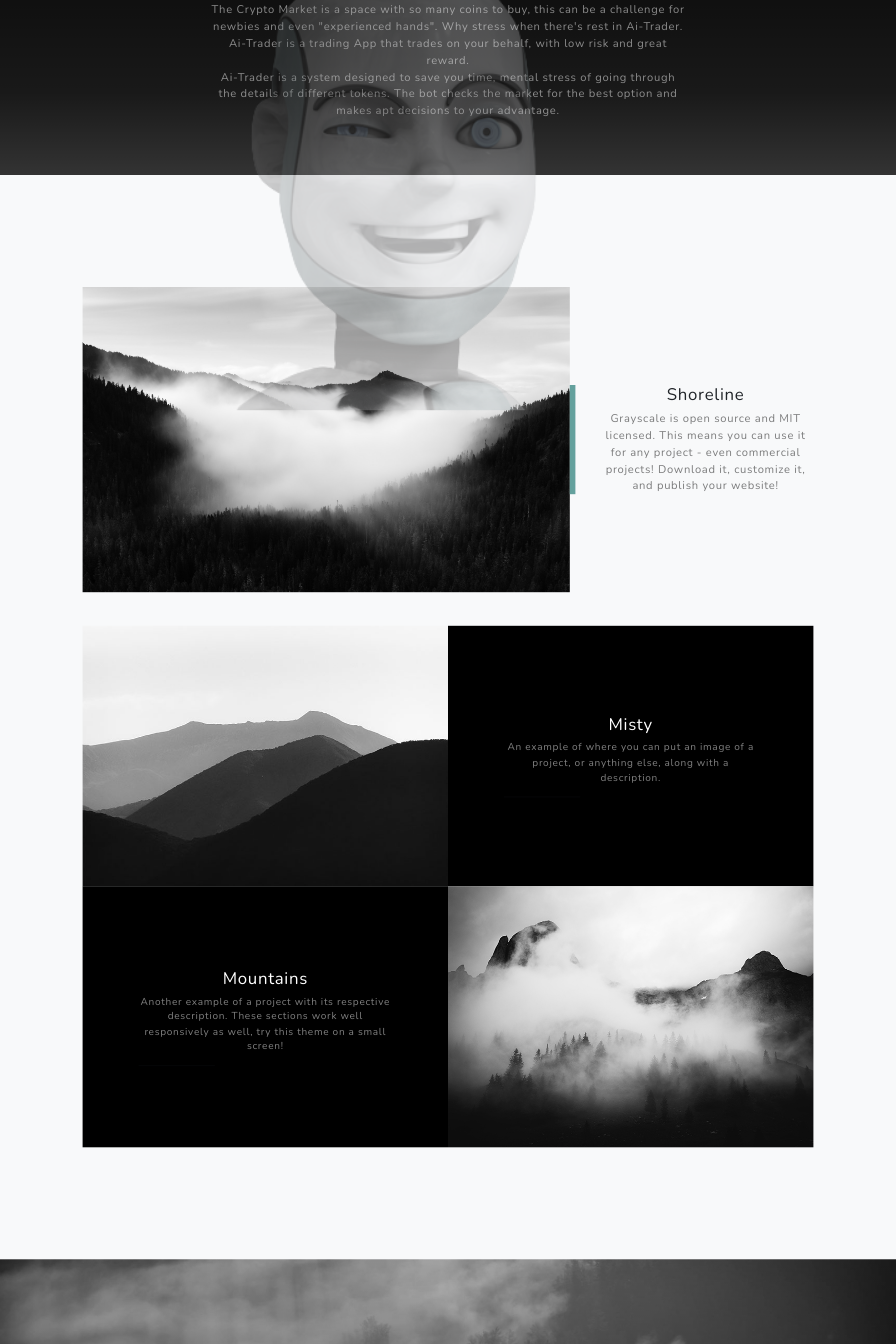
Repository: seyicoded/ico_one
Page: docs/index.html
An editor plug-in stored every save of this project. The page is shown before and after the next save, followed by the edit.
The browser window is 1280 px wide. The pictures show the part of the page from y = 940 to 2860 px (the page is 3835 px tall before and 3859 px after), at 70% of full size.

Above is the page before, as saved 2022-02-13 16:46:12.

### docs/index.html
<!DOCTYPE html>
<html lang="en">
    <head>
        <meta charset="utf-8" />
        <meta name="viewport" content="width=device-width, initial-scale=1, shrink-to-fit=no" />
        <meta name="description" content="" />
        <meta name="author" content="" />
        <title>Ai-Trader</title>
        <link rel="icon" type="image/x-icon" href="assets/favicon.ico" />
        <!-- Font Awesome icons (free version)-->
        <script src="https://use.fontawesome.com/releases/v5.15.4/js/all.js" crossorigin="anonymous"></script>
        <!-- Google fonts-->
        <link href="https://fonts.googleapis.com/css?family=Varela+Round" rel="stylesheet" />
        <link href="https://fonts.googleapis.com/css?family=Nunito:200,200i,300,300i,400,400i,600,600i,700,700i,800,800i,900,900i" rel="stylesheet" />
        <!-- Core theme CSS (includes Bootstrap)-->
        <link href="css/styles.css" rel="stylesheet" />
        <link href="css/animate.css" rel="stylesheet" />
        <link href="css/custom.css" rel="stylesheet" />
        <script src="js/jquery.js"></script>
        <script src="js/wow.js"></script>
        <script src="js/bs.js"></script>
        <script type="text/javascript">
            //Initiat WOW JS
            window.onload = function(){
                $("#loaderr").hide();
                new WOW().init();
            }
            // new WOW().init();
        </script>
        <style>
            #loaderr{
                position: fixed;
                z-index: 99;
                top: 0;
                bottom: 0;
                left: 0;
                right: 0;
                background: linear-gradient(grey, black);
                display: flex;
                justify-content: center;
                align-items: center;
            }
            #skip-loader{
                position: fixed;
                bottom: 3%;
                right: 3%;
                background-color: transparent;
                color: white;
                border: none;
            }
        </style>
    </head>
    <body id="page-top">
        <!--  loader start -->
        <div id="loaderr">
            <img src="assets/svg/Spin-0.5s-247px.svg" />
            <button id="skip-loader" onclick="$('#loaderr').hide()">skip</button>
        </div>
        <!-- loader stop -->

        <!-- Navigation-->
        <nav class="navbar navbar-expand-lg navbar-light fixed-top" id="mainNav">
            <div class="container px-4 px-lg-5">
                <a class="navbar-brand" href="#page-top">Ai-Trader</a>
                <button class="navbar-toggler navbar-toggler-right" type="button" data-bs-toggle="collapse" data-bs-target="#navbarResponsive" aria-controls="navbarResponsive" aria-expanded="false" aria-label="Toggle navigation">
                    Menu
                    <i class="fas fa-bars"></i>
                </button>
                <div class="collapse navbar-collapse" id="navbarResponsive">
                    <ul class="navbar-nav ms-auto">
                        <li class="nav-item"><a class="nav-link" href="#about">About</a></li>
                        <li class="nav-item"><a class="nav-link" href="#projects">Projects</a></li>
                        <li class="nav-item"><a class="nav-link" href="#signup">Contact</a></li>
                    </ul>
                </div>
            </div>
        </nav>
        <!-- Masthead-->
        <header class="masthead">
            <div class="container px-4 px-lg-5 d-flex h-100 align-items-center justify-content-center">
                <div class="d-flex justify-content-center">
                    <div class="text-center">
                        <h1 class="mx-auto my-0 text-uppercase wow fadeIn animated" data-wow-duration="1090ms" data-wow-delay="1000ms">We Got You Covered</h1>
                        <h2 class="text-white-50 mx-auto mt-2 mb-5 wow fadeIn animated" data-wow-duration="1090ms" data-wow-delay="1300ms">An Artificial Intelligence You Can Trust.</h2>
                        <a class="btn btn-primary wow fadeIn animated" href="#about"  data-wow-duration="1090ms" data-wow-delay="1600ms">Get Started</a>
                    </div>
                </div>
            </div>
        </header>
        <!-- About-->
        <section class="about-section text-center" id="about">
            <div class="container px-4 px-lg-5">
                <div class="row gx-4 gx-lg-5 justify-content-center">
                    <div class="col-lg-8">
                        <h2 class="text-white mb-4">About Ai-Trader</h2>
                        <p class="text-white-50">
                            The Crypto Market is a space with so many coins to buy, this can be a challenge for newbies and even "experienced hands". Why stress when there's rest in Ai-Trader. <br />
                            Ai-Trader is a trading App that trades on your behalf, with low risk and great reward. <br />
                            Ai-Trader is a system designed to save you time, mental stress of going through the details of different tokens. The bot checks the market for the best option and makes apt decisions to your advantage.
                        </p>
                    </div>
                    <img class="img-fluid" src="assets/img/ipad.png" style="filter: grayscale(80%); position: absolute; opacity: 30%;" alt="..." />
                </div>
                <!-- <img class="img-fluid" src="assets/img/ipad.png" style="filter: grayscale(80%); position: absolute; opacity: 30%;" alt="..." /> -->
                <div></div>
            </div>
        </section>
        <!-- Projects-->
        <section class="projects-section bg-light" id="projects">
            <div class="container px-4 px-lg-5">
                <!-- Featured Project Row-->
                <div class="row gx-0 mb-4 mb-lg-5 align-items-center">
                    <div class="col-xl-8 col-lg-7"><img class="img-fluid mb-3 mb-lg-0" src="assets/img/bg-masthead.jpg" alt="..." /></div>
                    <div class="col-xl-4 col-lg-5">
                        <div class="featured-text text-center text-lg-left">
                            <h4>Shoreline</h4>
                            <p class="text-black-50 mb-0">Grayscale is open source and MIT licensed. This means you can use it for any project - even commercial projects! Download it, customize it, and publish your website!</p>
                        </div>
                    </div>
                </div>
                <!-- Project One Row-->
                <div class="row gx-0 mb-5 mb-lg-0 justify-content-center">
                    <div class="col-lg-6"><img class="img-fluid" src="assets/img/demo-image-01.jpg" alt="..." /></div>
                    <div class="col-lg-6">
                        <div class="bg-black text-center h-100 project">
                            <div class="d-flex h-100">
                                <div class="project-text w-100 my-auto text-center text-lg-left">
                                    <h4 class="text-white">Misty</h4>
                                    <p class="mb-0 text-white-50">An example of where you can put an image of a project, or anything else, along with a description.</p>
                                    <hr class="d-none d-lg-block mb-0 ms-0" />
                                </div>
                            </div>
                        </div>
                    </div>
                </div>
                <!-- Project Two Row-->
                <div class="row gx-0 justify-content-center">
                    <div class="col-lg-6"><img class="img-fluid" src="assets/img/demo-image-02.jpg" alt="..." /></div>
                    <div class="col-lg-6 order-lg-first">
                        <div class="bg-black text-center h-100 project">
                            <div class="d-flex h-100">
                                <div class="project-text w-100 my-auto text-center text-lg-right">
                                    <h4 class="text-white">Mountains</h4>
                                    <p class="mb-0 text-white-50">Another example of a project with its respective description. These sections work well responsively as well, try this theme on a small screen!</p>
                                    <hr class="d-none d-lg-block mb-0 me-0" />
                                </div>
                            </div>
                        </div>
                    </div>
                </div>
            </div>
        </section>
        <!-- Signup-->
        <section class="signup-section" id="signup">
            <div class="container px-4 px-lg-5">
                <div class="row gx-4 gx-lg-5">
                    <div class="col-md-10 col-lg-8 mx-auto text-center">
                        <i class="far fa-paper-plane fa-2x mb-2 text-white"></i>
                        <h2 class="text-white mb-5">Subscribe to receive updates!</h2>
                        <!-- * * * * * * * * * * * * * * *-->
                        <!-- * * SB Forms Contact Form * *-->
                        <!-- * * * * * * * * * * * * * * *-->
                        <!-- This form is pre-integrated with SB Forms.-->
                        <!-- To make this form functional, sign up at-->
                        <!-- https://startbootstrap.com/solution/contact-forms-->
                        <!-- to get an API token!-->
                        <form class="form-signup" id="contactForm" data-sb-form-api-token="API_TOKEN">
                            <!-- Email address input-->
                            <div class="row input-group-newsletter">
                                <div class="col"><input class="form-control" id="emailAddress" type="email" placeholder="Enter email address..." aria-label="Enter email address..." data-sb-validations="required,email" /></div>
                                <div class="col-auto"><button class="btn btn-primary disabled" id="submitButton" type="submit">Notify Me!</button></div>
                            </div>
                            <div class="invalid-feedback mt-2" data-sb-feedback="emailAddress:required">An email is required.</div>
                            <div class="invalid-feedback mt-2" data-sb-feedback="emailAddress:email">Email is not valid.</div>
                            <!-- Submit success message-->
                            <!---->
                            <!-- This is what your users will see when the form-->
                            <!-- has successfully submitted-->
                            <div class="d-none" id="submitSuccessMessage">
                                <div class="text-center mb-3 mt-2 text-white">
                                    <div class="fw-bolder">Form submission successful!</div>
                                    To activate this form, sign up at
                                    <br />
                                    <a href="https://startbootstrap.com/solution/contact-forms">https://startbootstrap.com/solution/contact-forms</a>
                                </div>
                            </div>
                            <!-- Submit error message-->
                            <!---->
                            <!-- This is what your users will see when there is-->
                            <!-- an error submitting the form-->
                            <div class="d-none" id="submitErrorMessage"><div class="text-center text-danger mb-3 mt-2">Error sending message!</div></div>
                        </form>
                    </div>
                </div>
            </div>
        </section>
        <!-- Contact-->
        <section class="contact-section bg-black">
            <div class="container px-4 px-lg-5">
                <div class="row gx-4 gx-lg-5">
                    <div class="col-md-4 mb-3 mb-md-0">
                        <div class="card py-4 h-100">
                            <div class="card-body text-center">
                                <i class="fas fa-map-marked-alt text-primary mb-2"></i>
                                <h4 class="text-uppercase m-0">Address</h4>
                                <hr class="my-4 mx-auto" />
                                <div class="small text-black-50">4923 Market Street, Orlando FL</div>
                            </div>
                        </div>
                    </div>
                    <div class="col-md-4 mb-3 mb-md-0">
                        <div class="card py-4 h-100">
                            <div class="card-body text-center">
                                <i class="fas fa-envelope text-primary mb-2"></i>
                                <h4 class="text-uppercase m-0">Email</h4>
                                <hr class="my-4 mx-auto" />
                                <div class="small text-black-50"><a href="#!">hello@yourdomain.com</a></div>
                            </div>
                        </div>
                    </div>
                    <div class="col-md-4 mb-3 mb-md-0">
                        <div class="card py-4 h-100">
                            <div class="card-body text-center">
                                <i class="fas fa-mobile-alt text-primary mb-2"></i>
                                <h4 class="text-uppercase m-0">Phone</h4>
                                <hr class="my-4 mx-auto" />
                                <div class="small text-black-50">+1 (555) 902-8832</div>
                            </div>
                        </div>
                    </div>
                </div>
                <div class="social d-flex justify-content-center">
                    <a class="mx-2" href="#!"><i class="fab fa-twitter"></i></a>
                    <a class="mx-2" href="#!"><i class="fab fa-facebook-f"></i></a>
                    <a class="mx-2" href="#!"><i class="fab fa-github"></i></a>
                </div>
            </div>
        </section>
        <!-- Footer-->
        <footer class="footer bg-black small text-center text-white-50"><div class="container px-4 px-lg-5">Copyright &copy; Your Website 2021</div></footer>
        <!-- Bootstrap core JS-->
        <script src="https://cdn.jsdelivr.net/npm/bootstrap@5.1.3/dist/js/bootstrap.bundle.min.js"></script>
        <!-- Core theme JS-->
        <script src="js/scripts.js"></script>

        <!-- * * * * * * * * * * * * * * * * * * * * * * * * * * * * * * * * * * * * * * * *-->
        <!-- * *                               SB Forms JS                               * *-->
        <!-- * * Activate your form at https://startbootstrap.com/solution/contact-forms * *-->
        <!-- * * * * * * * * * * * * * * * * * * * * * * * * * * * * * * * * * * * * * * * *-->
        <script src="https://cdn.startbootstrap.com/sb-forms-latest.js"></script>
    </body>
</html>

### docs/js/scripts.js
/*!
* Start Bootstrap - Grayscale v7.0.4 (https://startbootstrap.com/theme/grayscale)
* Copyright 2013-2021 Start Bootstrap
* Licensed under MIT (https://github.com/StartBootstrap/startbootstrap-grayscale/blob/master/LICENSE)
*/
//
// Scripts
//

window.addEventListener('DOMContentLoaded', event => {

    // Navbar shrink function
    var navbarShrink = function () {
        const navbarCollapsible = document.body.querySelector('#mainNav');
        if (!navbarCollapsible) {
            return;
        }
        if (window.scrollY === 0) {
            navbarCollapsible.classList.remove('navbar-shrink')
        } else {
            navbarCollapsible.classList.add('navbar-shrink')
        }

    };

    // Shrink the navbar
    navbarShrink();

    // Shrink the navbar when page is scrolled
    document.addEventListener('scroll', navbarShrink);

    // Activate Bootstrap scrollspy on the main nav element
    const mainNav = document.body.querySelector('#mainNav');
    if (mainNav) {
        new bootstrap.ScrollSpy(document.body, {
            target: '#mainNav',
            offset: 74,
        });
    };

    // Collapse responsive navbar when toggler is visible
    const navbarToggler = document.body.querySelector('.navbar-toggler');
    const responsiveNavItems = [].slice.call(
        document.querySelectorAll('#navbarResponsive .nav-link')
    );
    responsiveNavItems.map(function (responsiveNavItem) {
        responsiveNavItem.addEventListener('click', () => {
            if (window.getComputedStyle(navbarToggler).display !== 'none') {
                navbarToggler.click();
            }
        });
    });

});

Loaded but not shown: docs/css/styles.css (library); docs/css/animate.css (library); docs/js/jquery.js (library); docs/js/wow.js (library); docs/js/bs.js (library); docs/css/custom.css (no stored copy; drawn as an empty file)

After the next save:
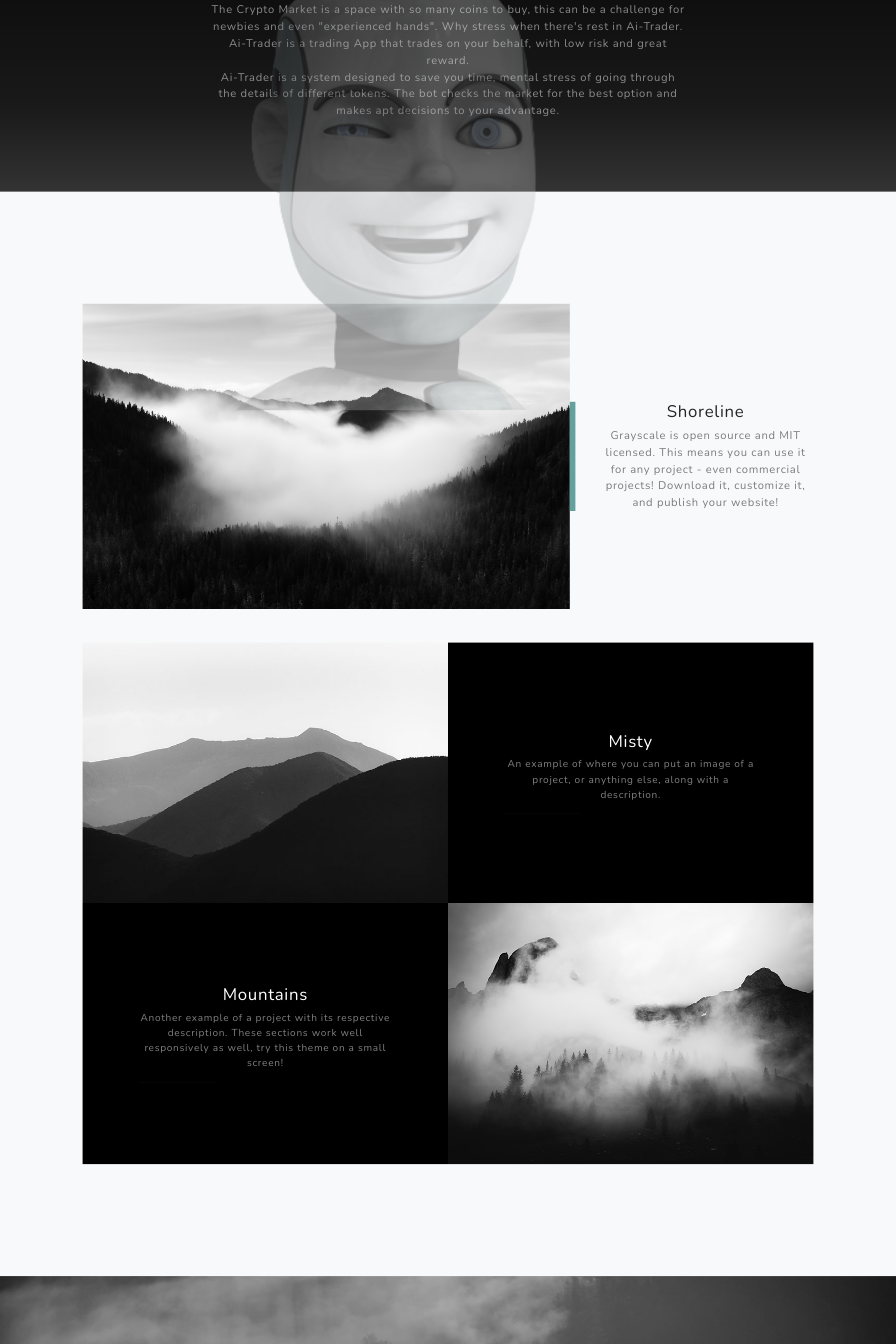
Saved 7 s later.
--- a/docs/index.html
+++ b/docs/index.html
@@ -102,7 +102,7 @@
                     <img class="img-fluid" src="assets/img/ipad.png" style="filter: grayscale(80%); position: absolute; opacity: 30%;" alt="..." />
                 </div>
                 <!-- <img class="img-fluid" src="assets/img/ipad.png" style="filter: grayscale(80%); position: absolute; opacity: 30%;" alt="..." /> -->
-                <div></div>
+                <div>&nbsp;</div>
             </div>
         </section>
         <!-- Projects-->
